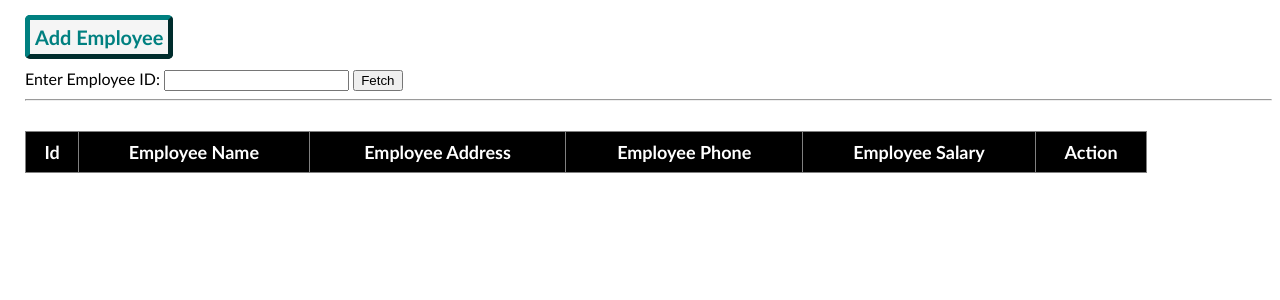
Repository: prieeyatambe/priyatambe_SpringMavenHibernate
Page: http://localhost/Project/WEB-INF/view/list.jsp
These files come from the project's save history. The page is drawn as it stood at one moment and after the next save; the edit follows.
The browser window is 1280 px wide. The pictures show the whole page.
The page is served by Tomcat 9. Nobody is signed in. Other server files are loaded and not shown. The template is opened directly, without the code that normally fills it, so the values that code supplies are empty.

Above is the page before, as saved 2024-03-08 09:58:08.

### SpringMaven/mavenproject/Project/src/main/webapp/WEB-INF/view/list.jsp
<%@ page language="java" contentType="text/html; charset=UTF-8"
	pageEncoding="UTF-8"%>
<%@ taglib uri="http://java.sun.com/jsp/jstl/core" prefix="c"%>
<%@ taglib uri="http://www.springframework.org/tags/form" prefix="form"%>
<!DOCTYPE html>
<html>
<head>
<meta charset="UTF-8">
<title>Employee List</title>
<style type="text/css">
body {
	font-family: 'Trebuchet MS', 'Lucida Sans Unicode', 'Lucida Grande',
		'Lucida Sans', Arial, sans-serif;
	align-content: center;
	margin-left: 25px;
	margin-top: 25px;
}

a {
	font-size: 20px;
	text-decoration: none;
	margin-bottom: 30px;
	margin-top: 40px;
}

table {
	width: 90%;
	padding: 10px;
	border-collapse: collapse;
	font-size: 18px;
	margin-top: 30px;
}

th, tr {
	text-align: center;
	padding: 9px;
}

th {
	background-color: black;
	color: white;
}

td {
	background-color: whitesmoke;
	padding: 9px;
}

.link-button {
	background-color: whitesmoke;
	padding: 5px;
	color: teal;
	border: 5px outset teal;
	border-radius: 5px;
	font-weight: bold;
}
.link-button:hover{
	background-color: teal;
	color: whitesmoke;

}
.btn-delete {
	background-color: crimson;
	width: 70px;
	border: 2px solid crimson;
	border-radius: 5px;
	color: white;
	font-family: 'Trebuchet MS', 'Lucida Sans Unicode', 'Lucida Grande',
		'Lucida Sans', Arial, sans-serif;
	font-size: 17px;
}
.btn-delete:hover{
	background-color: white;
	color: crimson;
}

.btn-update {
	background-color: green;
	width: 70px;
	border: 2px solid green;
	border-radius: 5px;
	color: white;
	font-family: 'Trebuchet MS', 'Lucida Sans Unicode', 'Lucida Grande',
		'Lucida Sans', Arial, sans-serif;
	font-size: 17px;
}
.btn-update:hover{
	background-color: white;
	color: green;
}
.fetch-emp {
	margin-top: 20px;
}
</style>
</head>
<body>

	<a href="addEmp" class="link-button">Add Employee</a>
	<br>

	<div class="fetch-emp">
		<form action="fetchEmp" method="get">
			<label for="employeeId">Enter Employee ID:</label> <input type="text"
				id="employeeId" name="id"> <input type="submit"
				value="Fetch">
		</form>
	</div>
	<hr>
	<table border="1">
		<tr>
			<th>Id</th>
			<th>Employee Name</th>
			<th>Employee Address</th>
			<th>Employee Phone</th>
			<th>Employee Salary</th>
			<th colspan="2">Action</th>
		</tr>
		<c:forEach items="${emplist}" var="employee">
			<tr>
				<td>${employee.id}</td>
				<td>${employee.employeeName}</td>
				<td>${employee.employeeAddress}</td>
				<td>${employee.employeePhone}</td>
				<td>${employee.employeeSalary}</td>
				<td>
					<form action="update" method="get">
						<input type="hidden" name="id" value="${employee.id}"> <input
							type="submit" value="Update" class="btn-update">
					</form>
				</td>
				<td>
					<form action="delete" method="get">
						<input type="hidden" name="id" value="${employee.id}"> <input
							type="submit" value="Delete" class="btn-delete">
					</form>
				</td>
			</tr>
		</c:forEach>
	</table>

</body>
</html>

After the next save:
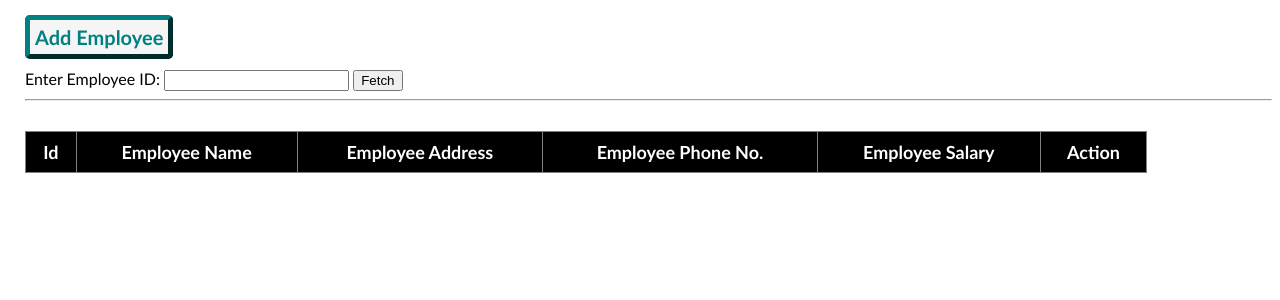
Saved 30 min 48 s later.
--- a/SpringMaven/mavenproject/Project/src/main/webapp/WEB-INF/view/list.jsp
+++ b/SpringMaven/mavenproject/Project/src/main/webapp/WEB-INF/view/list.jsp
@@ -111,7 +111,7 @@ td {
 			<th>Id</th>
 			<th>Employee Name</th>
 			<th>Employee Address</th>
-			<th>Employee Phone</th>
+			<th>Employee Phone No.</th>
 			<th>Employee Salary</th>
 			<th colspan="2">Action</th>
 		</tr>
